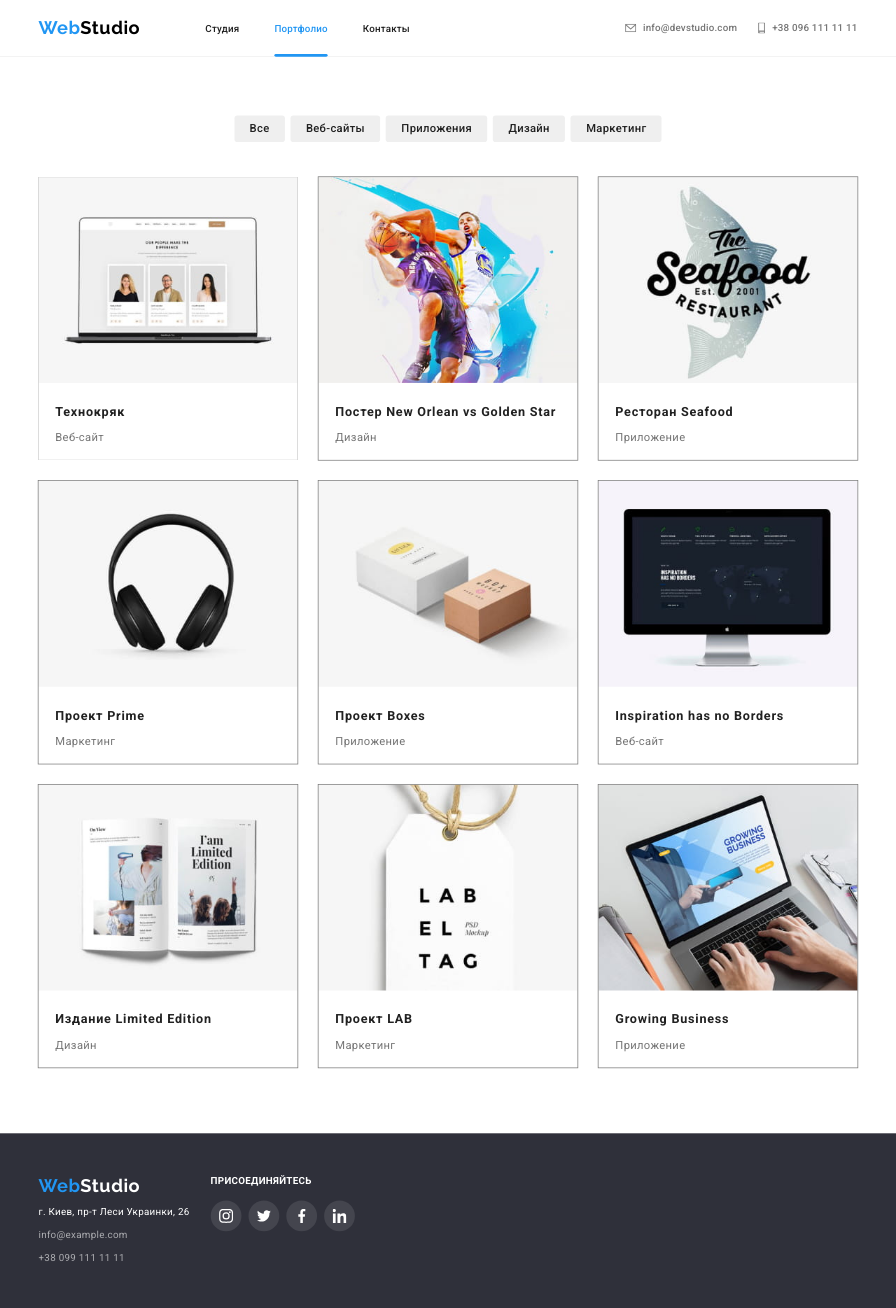
Repository: UliyaKucherernko/home-work-8
Page: porfolio.html
An editor plug-in stored every save of this project. The page is shown before and after the next save, followed by the edit.
The browser window is 1280 px wide. The pictures show the whole page, at 70% of full size.

Above is the page before, as saved 2021-04-14 00:52:28.

After the next save:
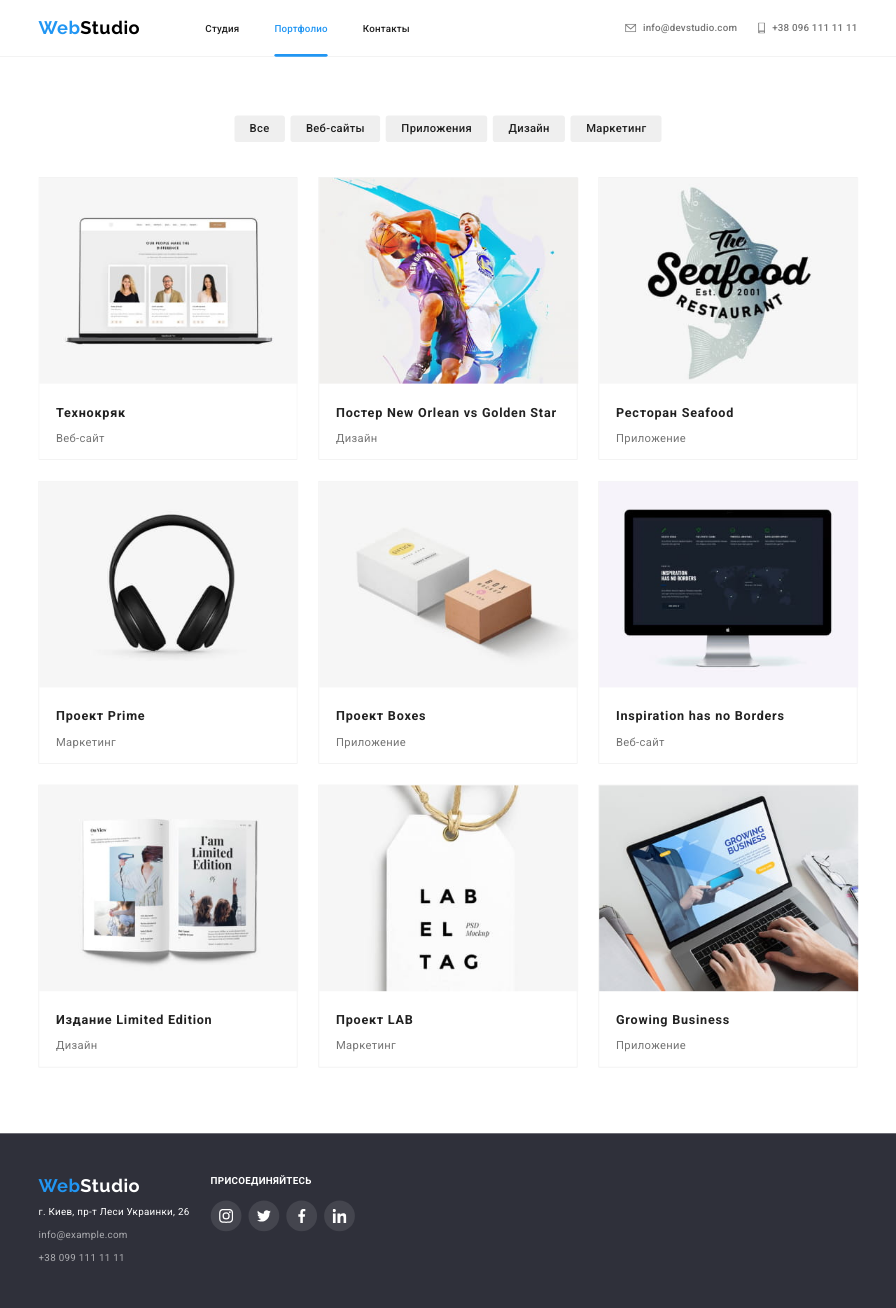
Saved 69 s later.
--- a/css/styles.css
+++ b/css/styles.css
@@ -351,7 +351,7 @@ button:focus {
   width: 370px;
   height: 404px;
   box-sizing: border-box;
-  outline: 1px solid;
+  border: 1px solid #eeeeee;
   background: var(--content-color);
 }
 
